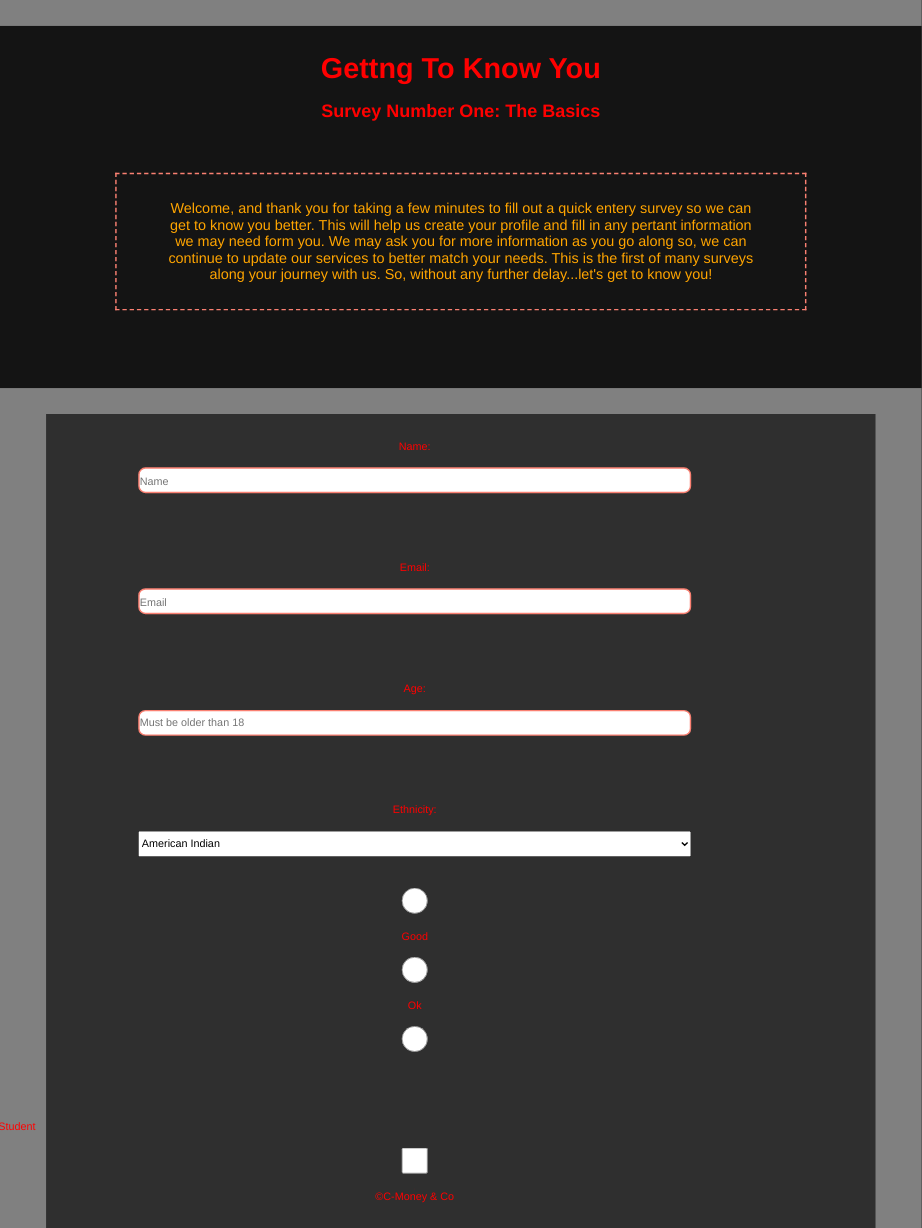
Repository: ctcoleman/surveyForm
Page: index.html
The author's editor kept a copy of each file at every save. The page is drawn from the files as they stood at one save, then again after the next save.
The browser window is 1280 px wide. The pictures show the whole page, at 72% of full size.

Above is the page before, as saved 2020-06-28 21:31:41.
Console error: TypeError: Cannot read properties of null (reading 'addEventListener')

After the next save:
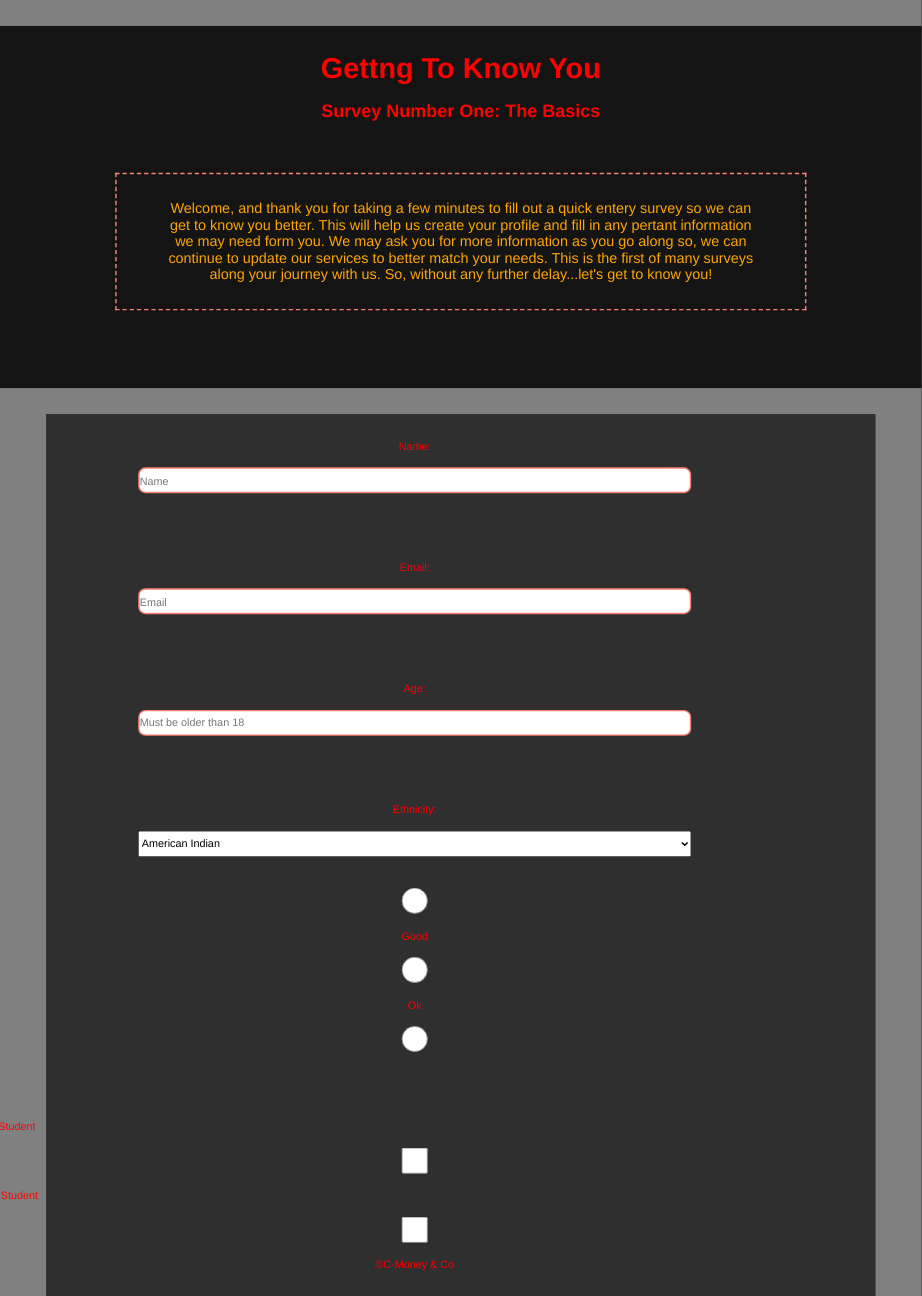
Saved 4 s later.
--- a/index.html
+++ b/index.html
@@ -82,7 +82,11 @@
           <label for="fullTimeStudent">Full-time Student</label>
           <input type="checkbox" id="fullTimeStudent" name="Full-time Student" value="Full-time Student">
         </div>
-        <div id="partTimeStudentCheck">"
+        <div id="partTimeStudentCheck">
+          <label for="partTimeStudent">Part-time Student</label>
+          <input type="checkbox" id="partTimeStudent" name="Part-time Student" value="Part-time Student">
+        </div>
+        <div id="fullt"
       </div>
     </form>
 
